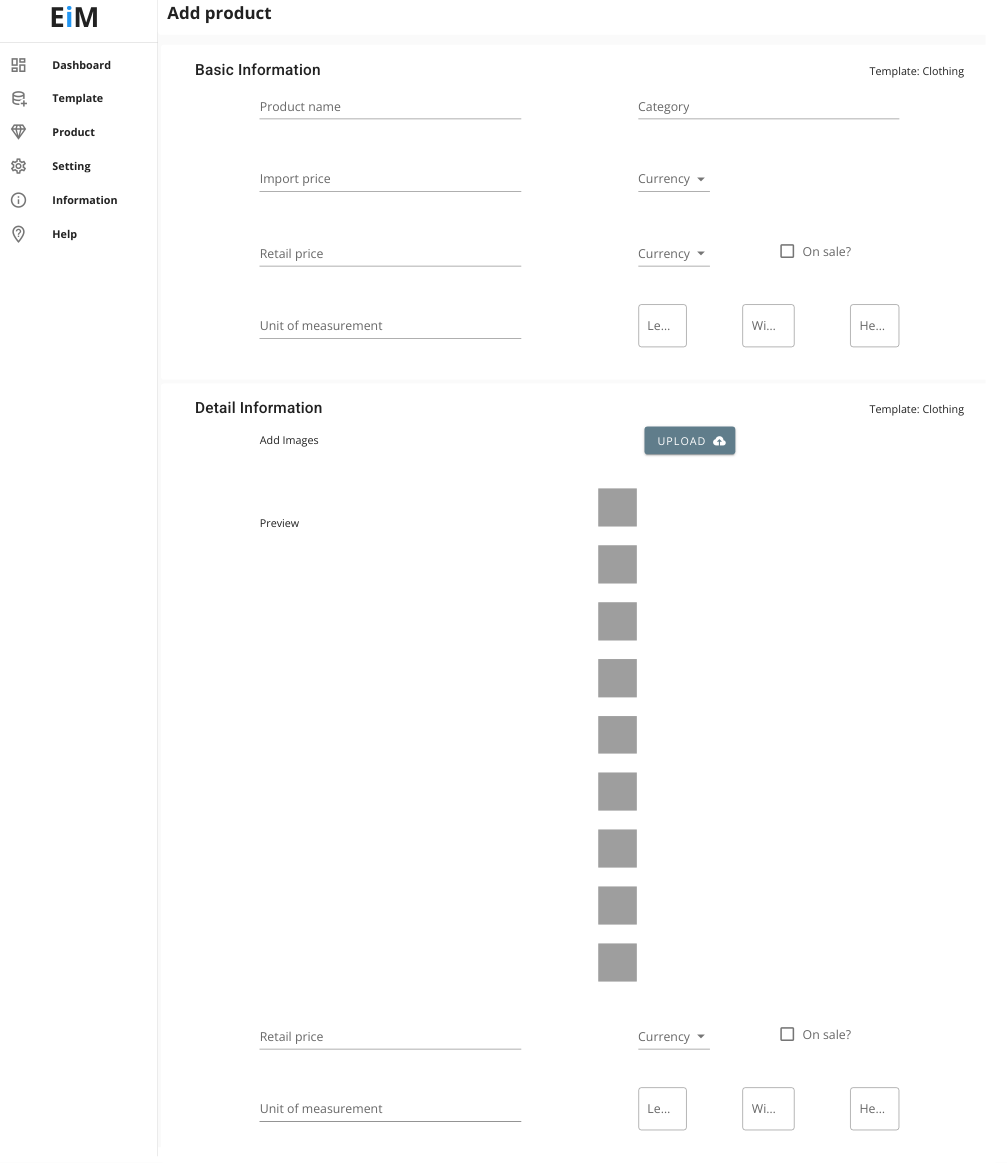
Repository: nguyenphuong152/pim-template
Page: /addproduct
These files come from the project's save history. The page is drawn as it stood at one moment and after the next save; the edit follows.
The browser window is 1280 px wide. The page is 1308 px wide, so the pictures cover 1308 px, including what lies to the right of the window. The pictures show the whole page, at 77% of full size.
Pictures or frames that could not be fetched are drawn as grey boxes. The project was rebuilt for these pictures with package versions that can differ from the ones it lists, and the page was loaded fresh each time. Also part of the build but not shown: vue.config.js, src/views/Home.vue, src/components/Outcome_1/SearchTemplate.vue, src/components/Outcome_1/YourTemplate.vue, src/components/Outcome_1/ListComponent.vue, src/components/Outcome_1/AddInfo.vue, src/components/Outcome_1/AddDetail.vue, src/components/Outcome_1/CreateRegion.vue and 5 more.

Above is the page before, as saved 2020-12-21 11:58:19.

After the next save:
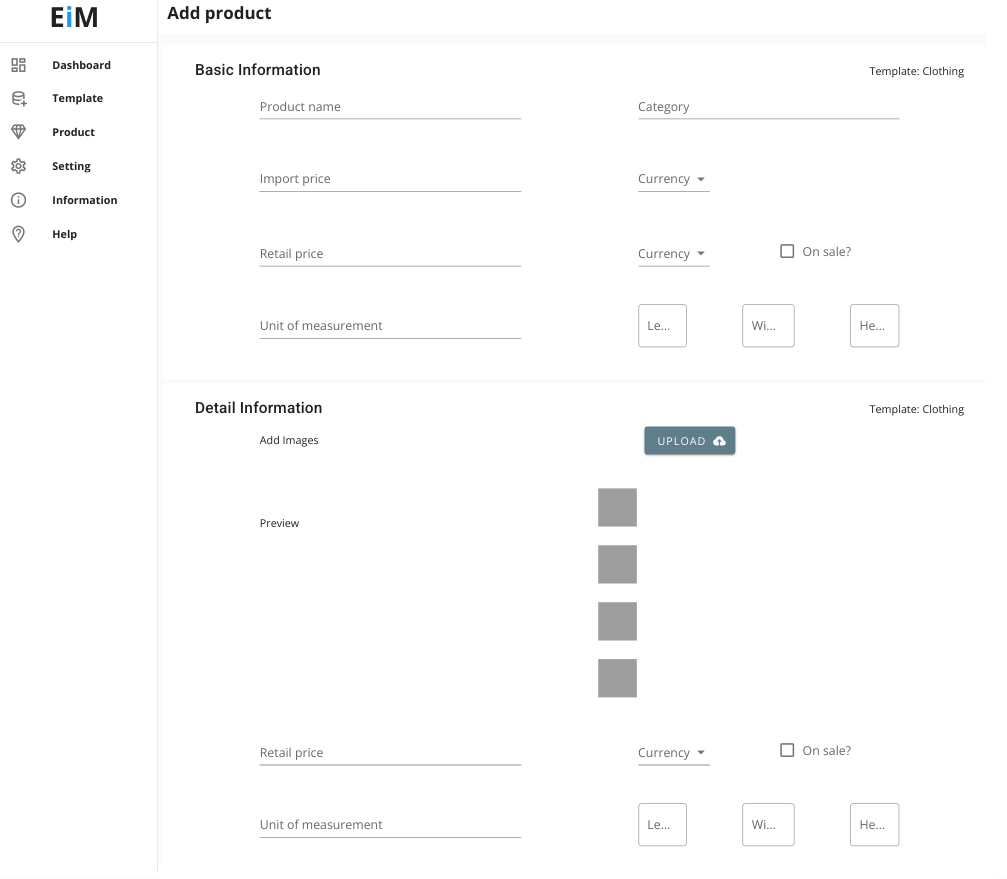
Saved 8 s later.
--- a/src/components/Outcome_2/Detail.vue
+++ b/src/components/Outcome_2/Detail.vue
@@ -31,7 +31,7 @@
             </v-container>
           </v-col>
           <v-col cols="3">
-            <v-col v-for="n in 9" :key="n" class="d-flex child-flex" cols="4">
+            <v-col v-for="n in 4" :key="n" class="d-flex child-flex" cols="4">
               <v-img
                 :src="`https://picsum.photos/500/300?image=${n * 5 + 10}`"
                 :lazy-src="`https://picsum.photos/10/6?image=${n * 5 + 10}`"
